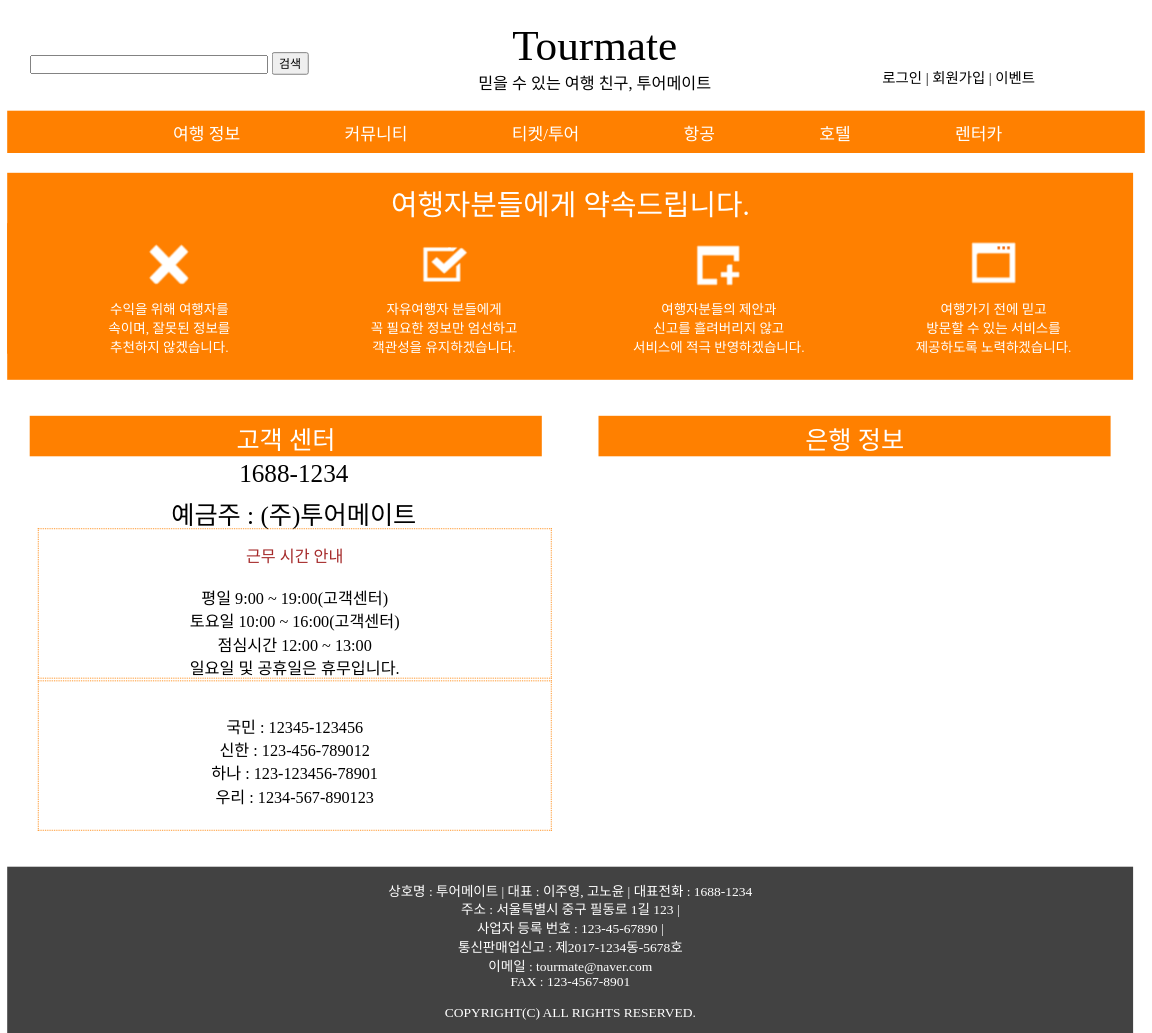
Repository: nohyoonko/2017-2-WP-Tourmate
Page: http://localhost/Tourmate/항공_ok.jsp
The author's editor kept a copy of each file at every save. The page is drawn from the files as they stood at one save, then again after the next save.
The browser window is 1280 px wide. The pictures show the whole page, at 90% of full size.
Some web libraries are served in a nearby version. The page is served by Tomcat 9.

Above is the page before, as saved 2017-12-06 13:08:58.

After the next save:
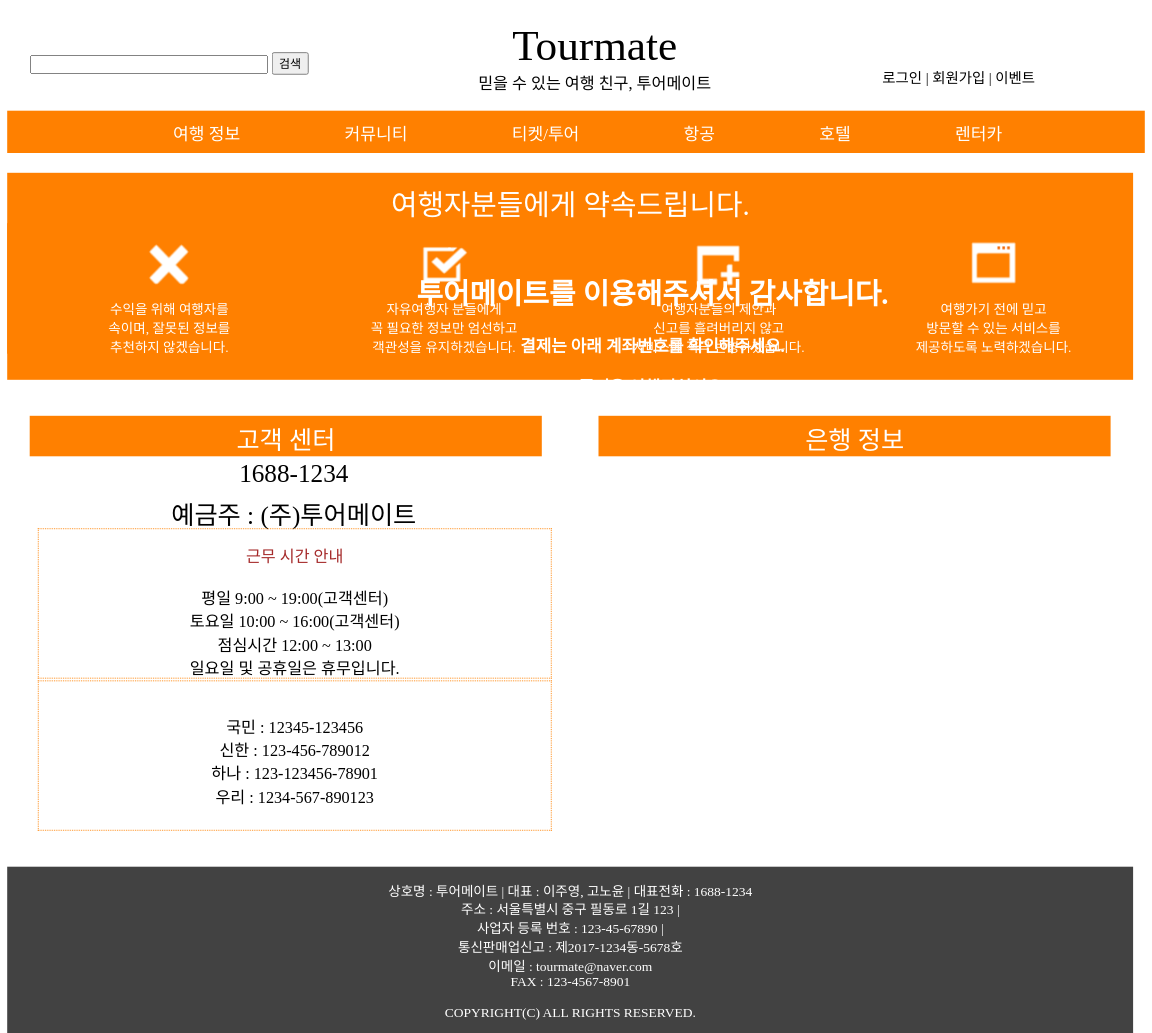
Saved 8 min 3 s later.
--- a/eclipse-workspace/Tourmate/WebContent/항공_ok.jsp
+++ b/eclipse-workspace/Tourmate/WebContent/항공_ok.jsp
@@ -6,21 +6,27 @@
 		<title>투어메이트</title>
 		<script src="http://code.jquery.com/jquery-1.10.1.js"></script>
 		<style>
-		.whitebox {
+		.orangebox {
          position:absolute;
          top:280px;
          left:275px;
          height:250px;
          width:900px;
+         color:white;
       }
 		</style>
 	</head>
 	<body>
 		<!-- 제목+메뉴바를 포함한 Header.jsp 파일을 include -->
  		<jsp:include page="Header.jsp" flush="false"/>
-
 		<br><br>
-
+		<div class="orangebox">
+			<center>
+			<h1>투어메이트를 이용해주셔서 감사합니다.</h1>
+			<h3>결제는 아래 계좌번호를 확인해주세요.</h3>
+			<h3>즐거운 여행되십시오.</h3>
+			</center>
+		</div>
 		<!-- 회사 정보와 약속을 포함한 Footer.jsp 파일을 include -->
 		<jsp:include page="Footer.jsp" flush="false"/>
 	</body>
